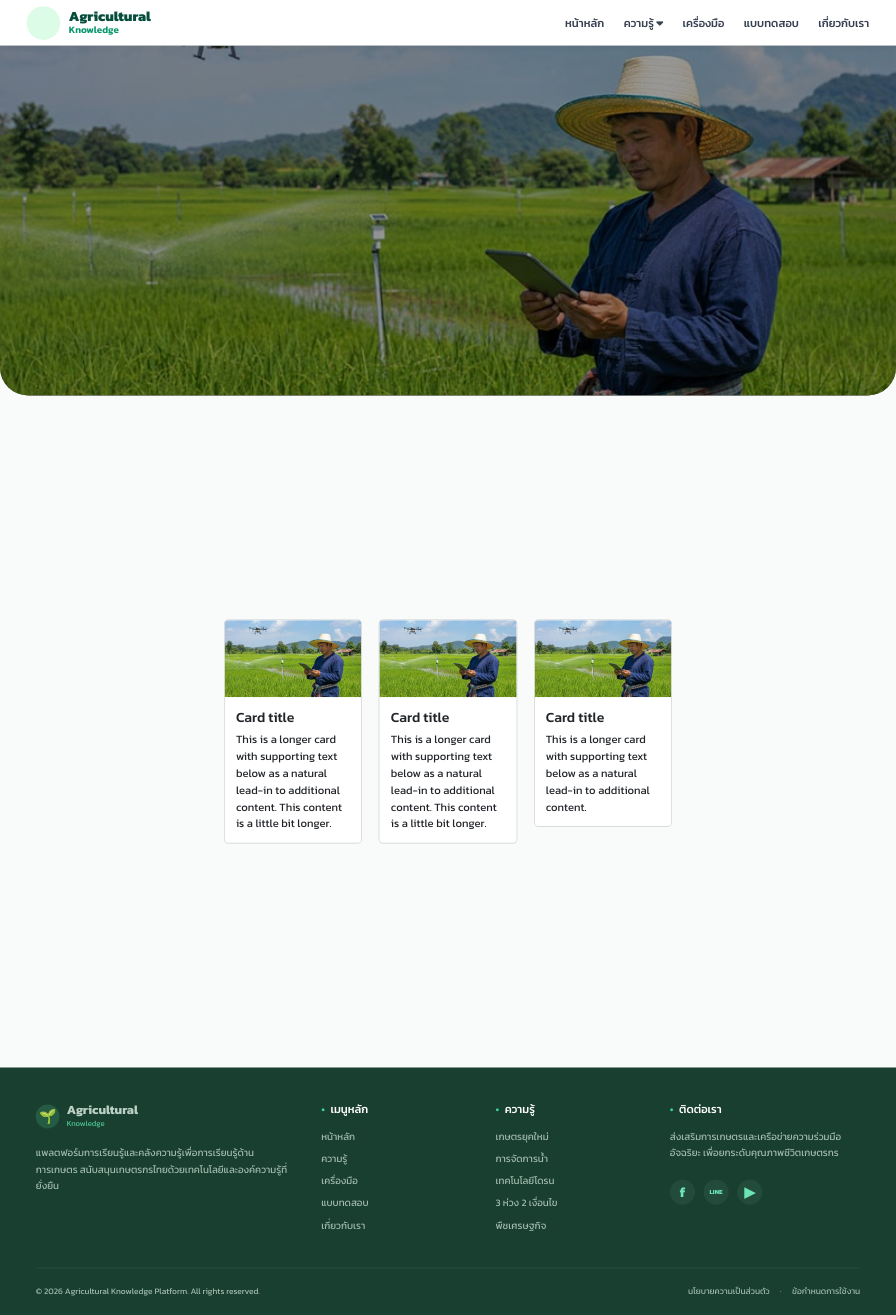
Repository: nuwat-wa/Project-WebdesignAG
Page: ag1.html
An editor plug-in stored every save of this project. The page is shown before and after the next save, followed by the edit.
The browser window is 1280 px wide. The pictures show the whole page, at 70% of full size.

Above is the page before, as saved 2026-09-24 19:14:54.

### ag1.html
<!doctype html>
<html lang="en">
  <head>
    <meta charset="UTF-8" />
    <meta name="viewport" content="width=device-width, initial-scale=1.0" />
    <title>Agricultural Knowledge</title>
    <link
      href="https://cdn.jsdelivr.net/npm/bootstrap@5.3.8/dist/css/bootstrap.min.css"
      rel="stylesheet"
      integrity="sha384-sRIl4kxILFvY47J16cr9ZwB07vP4J8+LH7qKQnuqkuIAvNWLzeN8tE5YBujZqJLB"
      crossorigin="anonymous"
    />
    <link
      rel="stylesheet"
      href="https://cdnjs.cloudflare.com/ajax/libs/font-awesome/6.7.2/css/all.min.css"
    />
    <link rel="stylesheet" href="ag1.css" />
  </head>
  <body>
    <header class="header">
      <div class="logo">
        <div class="logo-icon">
          <i class=""></i>
        </div>
        <div class="brand-text">
          <h1 class="title">Agricultural</h1>
          <span class="subtitle">Knowledge</span>
        </div>
      </div>

      <nav class="nav-links">
        <a href="#">หน้าหลัก</a>
        <a href="#">ความรู้ <i class="fa-solid fa-caret-down"></i> </a>
        <a href="#">เครื่องมือ</a>
        <a href="#">แบบทดสอบ</a>
        <a href="#">เกี่ยวกับเรา</a>
      </nav>
    </header>

    <div class="helo">
      <img src="img/aghero.jpg" alt="Agricultural" />
      <div class="overlay"></div>
    </div>

    <div class="navcont"></div>

    <div class="content">
      <div class="row row-cols-1 row-cols-md-3 g-4">
        <div class="col">
          <div class="card">
            <img src="img/aghero.jpg" class="card-img-top" alt="..." />
            <div class="card-body">
              <h5 class="card-title">Card title</h5>
              <p class="card-text">
                This is a longer card with supporting text below as a natural
                lead-in to additional content. This content is a little bit
                longer.
              </p>
            </div>
          </div>
        </div>
        <div class="col">
          <div class="card">
            <img src="img/aghero.jpg" class="card-img-top" alt="..." />
            <div class="card-body">
              <h5 class="card-title">Card title</h5>
              <p class="card-text">
                This is a longer card with supporting text below as a natural
                lead-in to additional content. This content is a little bit
                longer.
              </p>
            </div>
          </div>
        </div>
        <div class="col">
          <div class="card">
            <img src="img/aghero.jpg" class="card-img-top" alt="..." />
            <div class="card-body">
              <h5 class="card-title">Card title</h5>
              <p class="card-text">
                This is a longer card with supporting text below as a natural
                lead-in to additional content.
              </p>
            </div>
          </div>
        </div>

      </div>
    </div>

    <footer class="site-footer">
      <div class="footer-top">
        <!-- โลโก้และคำอธิบาย -->
        <div class="footer-about">
          <div class="footer-logo">
            <span class="footer-logo-icon">🌱</span>

            <div>
              <strong>Agricultural</strong>
              <small>Knowledge</small>
            </div>
          </div>

          <p>
            แพลตฟอร์มการเรียนรู้และคลังความรู้เพื่อการเรียนรู้ด้านการเกษตร
            สนับสนุนเกษตรกรไทยด้วยเทคโนโลยีและองค์ความรู้ที่ยั่งยืน
          </p>
        </div>

        <!-- เมนูหลัก -->
        <div class="footer-column">
          <h3>เมนูหลัก</h3>

          <ul>
            <li><a href="home.html">หน้าหลัก</a></li>
            <li><a href="knowledge.html">ความรู้</a></li>
            <li><a href="tools.html">เครื่องมือ</a></li>
            <li><a href="quiz.html">แบบทดสอบ</a></li>
            <li><a href="about.html">เกี่ยวกับเรา</a></li>
          </ul>
        </div>

        <!-- หมวดความรู้ -->
        <div class="footer-column">
          <h3>ความรู้</h3>

          <ul>
            <li><a href="modern-farming.html">เกษตรยุคใหม่</a></li>
            <li><a href="water.html">การจัดการน้ำ</a></li>
            <li><a href="drone.html">เทคโนโลยีโดรน</a></li>
            <li><a href="sufficiency.html">3 ห่วง 2 เงื่อนไข</a></li>
            <li><a href="crops.html">พืชเศรษฐกิจ</a></li>
          </ul>
        </div>

        <!-- ติดต่อ -->
        <div class="footer-contact">
          <h3>ติดต่อเรา</h3>

          <p>
            ส่งเสริมการเกษตรและเครือข่ายความร่วมมืออัจฉริยะ
            เพื่อยกระดับคุณภาพชีวิตเกษตรกร
          </p>

          <!-- ใส่ URL ของช่องทางจริงใน href -->
          <div class="footer-social">
            <a href="#" aria-label="Facebook">f</a>
            <a href="#" class="social-line" aria-label="LINE">LINE</a>
            <a href="#" aria-label="YouTube">▶</a>
          </div>
        </div>
      </div>

      <!-- ส่วนล่าง -->
      <div class="footer-bottom">
        <p>© 2026 Agricultural Knowledge Platform. All rights reserved.</p>

        <div class="footer-policy">
          <a href="privacy.html">นโยบายความเป็นส่วนตัว</a>
          <span>·</span>
          <a href="terms.html">ข้อกำหนดการใช้งาน</a>
        </div>
      </div>
    </footer>

    <script
      src="https://cdn.jsdelivr.net/npm/bootstrap@5.3.8/dist/js/bootstrap.bundle.min.js"
      integrity="sha384-FKyoEForCGlyvwx9Hj09JcYn3nv7wiPVlz7YYwJrWVcXK/BmnVDxM+D2scQbITxI"
      crossorigin="anonymous"
    ></script>
  </body>
</html>

### ag1.css
@import url('https://fonts.googleapis.com/css2?family=Kanit:ital,wght@0,100;0,200;0,300;0,400;0,500;0,600;0,700;0,800;0,900;1,100;1,200;1,300;1,400;1,500;1,600;1,700;1,800;1,900&display=swap');

* {
  margin: 0;
  padding: 0;
  box-sizing: border-box;
  font-family: "Kanit", sans-serif;
  font-style: normal;
}

body {
  background: #f8fbf9;
}

.header {
  position: fixed;
  top: 0;
  left: 0;
  width: 100%;
  padding: 0 3%;
  height: 65px;
  background: white;
  display: flex;
  justify-content: space-between;
  align-items: center;
  box-shadow: 0 2px 10px rgba(0, 0, 0, 0.05);
  z-index: 1000;
}

.logo {
  display: flex;
  align-items: center;
  gap: 12px;
}

.logo-icon {
  width: 48px;
  height: 48px;
  background-color: #dcfce7;
  border-radius: 50%;
  display: flex;
  align-items: center;
  justify-content: center;
}

.brand-text {
  display: flex;
  flex-direction: column;
}

.title {
  margin: 0;
  font-size: 20px;
  font-weight: 800;
  color: #064e3b;
  line-height: 0.95;
}

.subtitle {
  font-size: 14px;
  font-weight: 600;
  color: #059669;
  line-height: 1.1;
  margin-top: 2px;
}

.nav-links a {
  text-decoration: none;
  color: #374151;
  font-weight: 500;
  margin-left: 24px;
}

.nav-links a:hover {
  color: #2D6A4F;
}

.nav-links a:hover {
    color: #2D6A4F;
}

nav a:hover,
nav .active {
    color: #2D6A4F;
    border-bottom: 2px solid #2D6A4F;
}

.helo {
  width: 100vw;
  margin-top: 65px;
  background-color: black;
  border-radius: 0px 0px 40px 40px;
}

.helo img {
  width: 100%;
  height: 500px;
  object-fit: cover;
  display: block;
  border-radius: 0px 0px 40px 40px;
  opacity: 0.6;
}


/* content */
.content {
    margin: 20rem;
}

/* footer */
.site-footer {
    padding: 50px 4% 25px;
    background-color: #193f31;
    color: #a4bdb0;
    font-size: 14px;
    line-height: 1.7;
    width: 100vw;
}

.site-footer * {
    box-sizing: border-box;
}

.site-footer a {
    color: #a4bdb0;
    text-decoration: none;
}

.site-footer a:hover {
    color: #65dfb0;
}

.site-footer a:focus-visible {
    outline: 2px solid #65dfb0;
    outline-offset: 4px;
}


/* จัดเนื้อหา 4 คอลัมน์ */
.site-footer .footer-top {
    display: flex;
    justify-content: space-between;
    gap: 45px;
    max-width: 1200px;
    margin: auto;
}

.site-footer .footer-about {
    flex: 1.6;
    min-width: 0;
}

.site-footer .footer-column {
    flex: 0.9;
    min-width: 0;
}

.site-footer .footer-contact {
    flex: 1.2;
    min-width: 0;
}


/* โลโก้ */
.site-footer .footer-logo {
    display: flex;
    align-items: center;
    gap: 10px;
    margin-bottom: 20px;
}

.site-footer .footer-logo-icon {
    display: flex;
    align-items: center;
    justify-content: center;
    width: 34px;
    height: 34px;
    border-radius: 50%;
    background-color: #245b42;
    font-size: 20px;
}

.site-footer .footer-logo strong {
    display: block;
    color: #bdd0c5;
    font-size: 18px;
    line-height: 1.2;
}

.site-footer .footer-logo small {
    display: block;
    color: #50c998;
    font-size: 11px;
}


/* หัวข้อและจุดสีเขียว */

.site-footer h3 {
    margin: 0 0 18px;
    color: white;
    font-size: 16px;
}

.site-footer h3::before {
    content: "•";
    margin-right: 8px;
    color: #3bd4a0;
}


/* ข้อความและรายการลิงก์ */

.site-footer p {
    margin: 0;
}

.site-footer ul {
    margin: 0;
    padding: 0;
    list-style: none;
}

.site-footer li {
    margin-bottom: 8px;
}


/* ปุ่มช่องทางติดต่อ */

.site-footer .footer-social {
    display: flex;
    gap: 12px;
    margin-top: 25px;
}

.site-footer .footer-social a {
    display: flex;
    align-items: center;
    justify-content: center;
    width: 36px;
    height: 36px;
    border-radius: 50%;
    background-color: #224b3b;
    color: #6ce4b6;
    font-size: 20px;
    font-weight: bold;
}

.site-footer .footer-social a:hover {
    background-color: #30634e;
}

.site-footer .footer-social .social-line {
    font-size: 9px;
}


/* เส้นคั่นและข้อมูลด้านล่าง */

.site-footer .footer-bottom {
    display: flex;
    justify-content: space-between;
    align-items: center;
    gap: 20px;
    max-width: 1200px;
    margin: 40px auto 0;
    padding-top: 22px;
    border-top: 1px solid #2b5140;
    font-size: 12px;
}

.site-footer .footer-policy {
    display: flex;
    flex-wrap: wrap;
    gap: 15px;
}


/* แท็บเล็ต: แสดงสองคอลัมน์ */
@media (max-width: 768px) {
    .site-footer .footer-top {
        flex-wrap: wrap;
        gap: 30px;
    }
    .site-footer .footer-about,
    .site-footer .footer-column,
    .site-footer .footer-contact {
        flex: 1 1 40%;
    }
    .site-footer .footer-bottom {
        flex-direction: column;
        align-items: flex-start;
    }
}


/* มือถือ: เรียงลงมาคอลัมน์เดียว */
@media (max-width: 375px) {
    .site-footer {
        padding: 35px 20px 20px;
    }
    .site-footer .footer-top {
        flex-direction: column;
    }
}

After the next save:
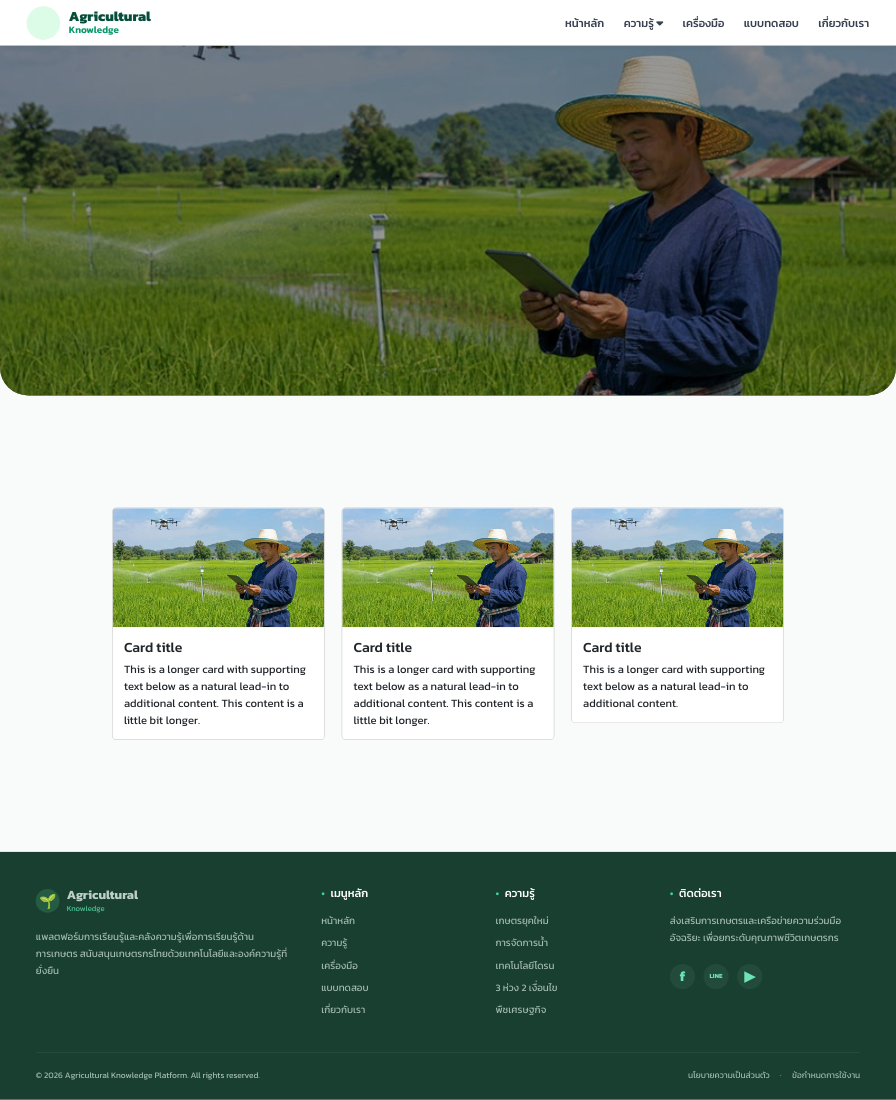
Saved 19 s later.
--- a/ag1.css
+++ b/ag1.css
@@ -104,7 +104,7 @@ nav .active {
 
 /* content */
 .content {
-    margin: 20rem;
+    margin: 10rem;
 }
 
 /* footer */
